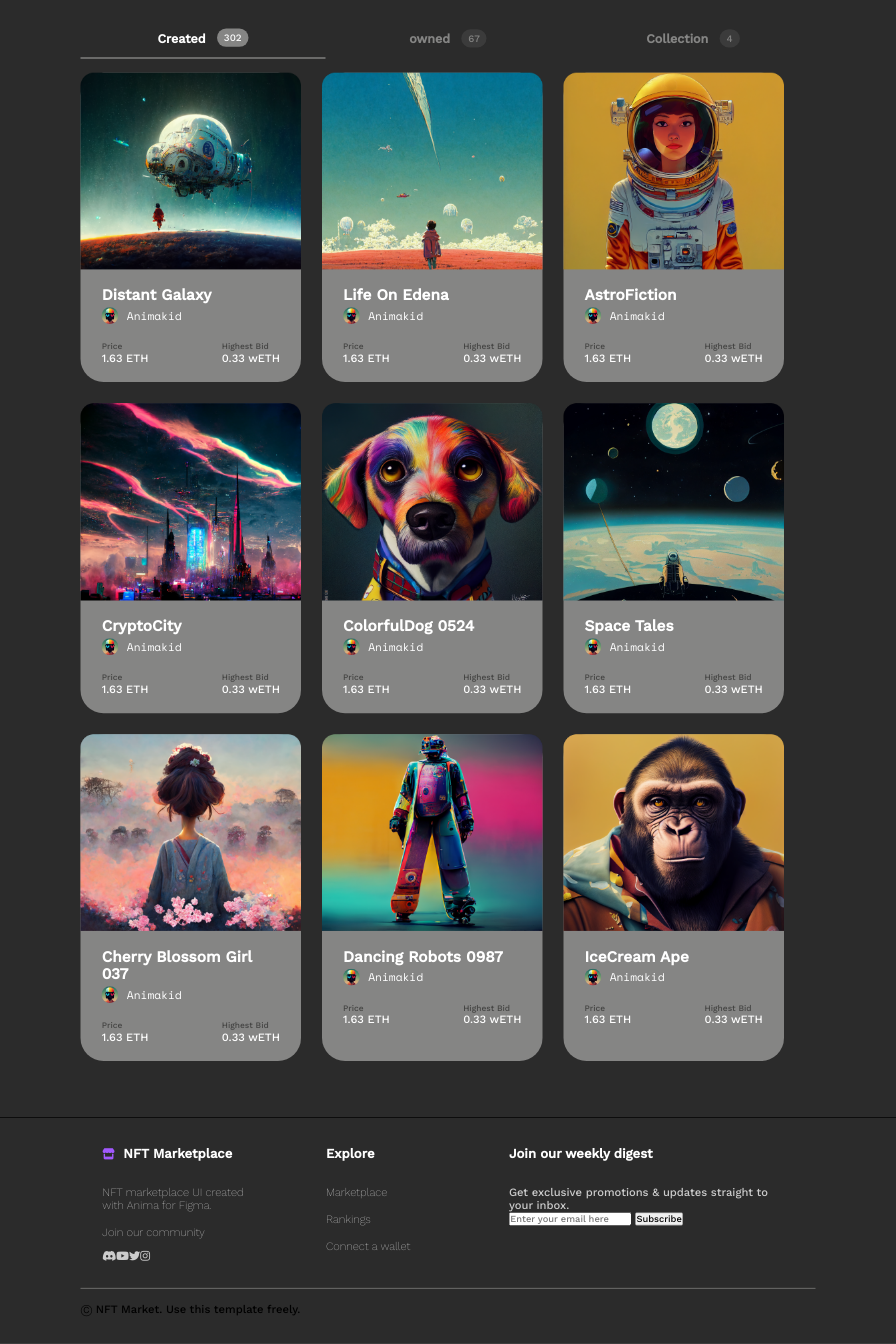
Repository: levananh202ht/NFT_Marketplace
Page: index.html
The author's editor kept a copy of each file at every save. The page is drawn from the files as they stood at one save, then again after the next save.
The browser window is 1280 px wide. The pictures show the part of the page from y = 847 to 2767 px (the page is 2767 px tall), at 70% of full size.

Above is the page before, as saved 2023-12-11 02:07:28.

After the next save:
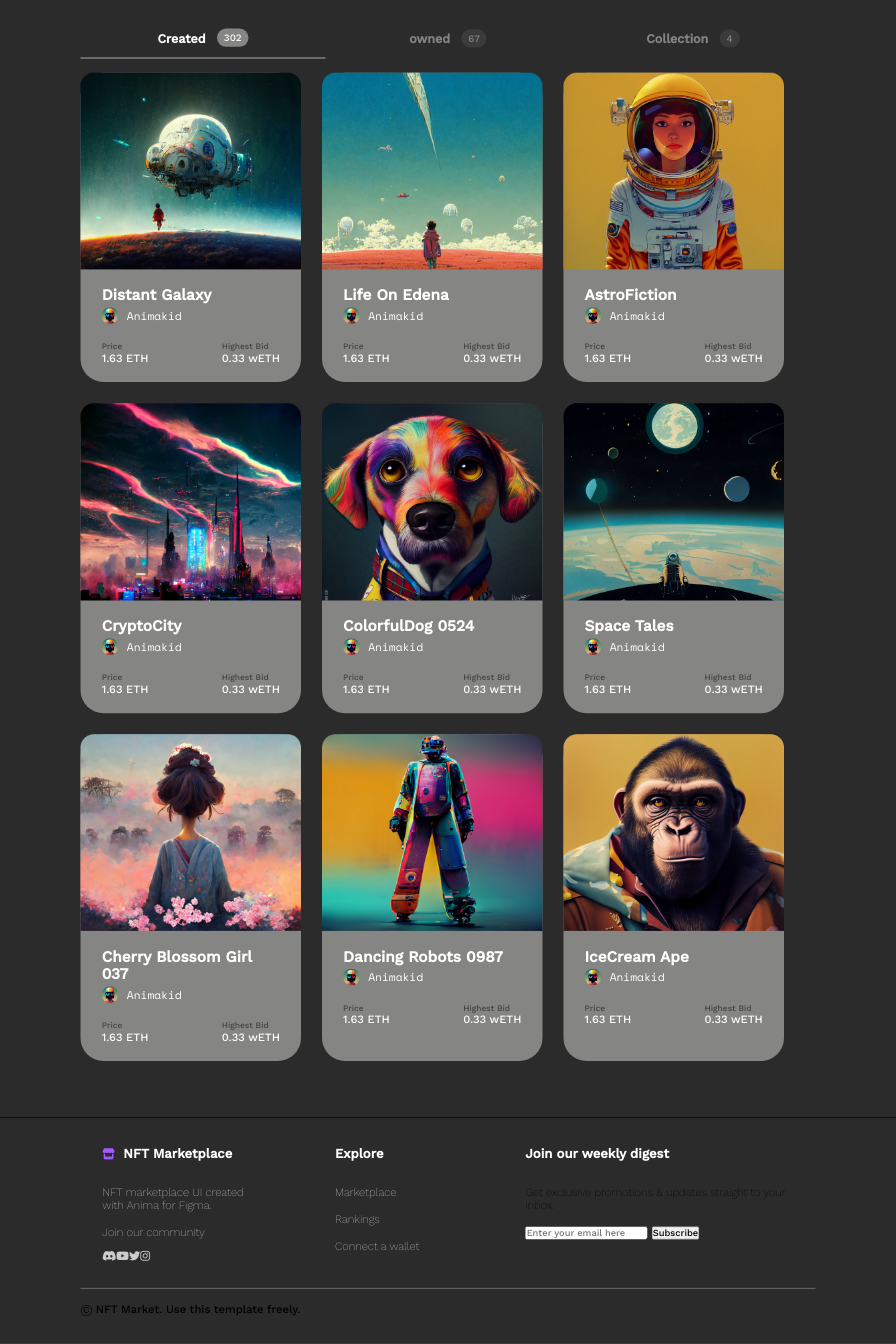
Saved 20 s later.
--- a/index.css
+++ b/index.css
@@ -320,5 +320,9 @@
     padding-bottom: 33.6px;
 }
 .nft_footer .nft_footer-info .nft_footer-info-item3 p {
-    color: #CCC;
-}
+    font-family: Work Sans;
+    font-size: 16px;
+    font-style: normal;
+    font-weight: 200;
+    padding-bottom: 20px;
+}
